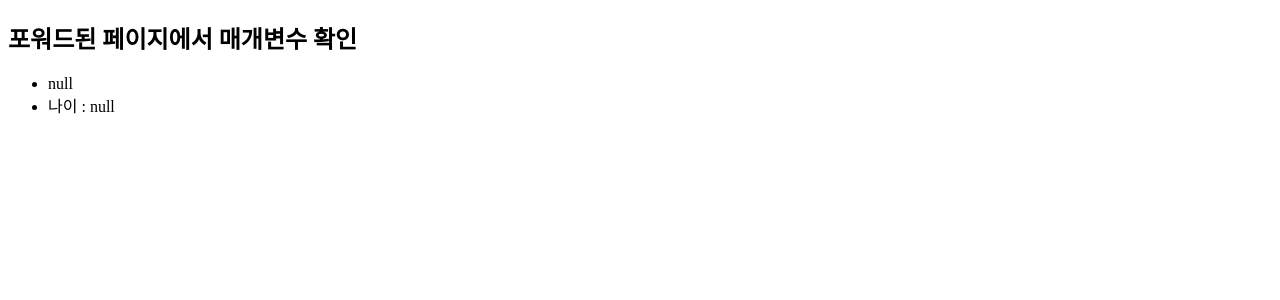
Repository: ks12b0000/JSP-School-Class
Page: http://localhost/chap10_JSP/paramForward.jsp
These files come from the project's save history. The page is drawn as it stood at one moment and after the next save; the edit follows.
The browser window is 1280 px wide. The pictures show the whole page.
The page is served by Tomcat 9.

Above is the page before, as saved 2022-06-02 06:52:37.

### chap10_JSP/src/main/webapp/paramForward.jsp
<%@ page language="java" contentType="text/html; charset=UTF-8"
    pageEncoding="UTF-8"%>
<!DOCTYPE html>
<html>
<head>
	<meta charset="UTF-8">
	<meta name="viewport" content="width=device-width, initial-scale=1.0">
	<title>액션 태그 - param</title>
</head>
<body>
	<jsp:useBean id="person" class="kr.co.ezenac.bean.Person" scope="request" />
	<h2>포워드된 페이지에서 매개변수 확인</h2>
	<ul>
		<li><jsp:getProperty property="name" name="person"/></li>
		<li>나이 : <%= request.getParameter("param1") %></li>
	</ul>
</body>
</html>

### chap10_JSP/src/main/java/kr/co/ezenac/bean/Person.java
package kr.co.ezenac.bean;

public class Person {
	private String name;
	private int age;

	public Person() {}

	public Person(String name, int age) {
		this.name = name;
		this.age = age;
	}

	public String getName() {
		return name;
	}

	public void setName(String name) {
		this.name = name;
	}

	public int getAge() {
		return age;
	}

	public void setAge(int age) {
		this.age = age;
	}



}

After the next save:
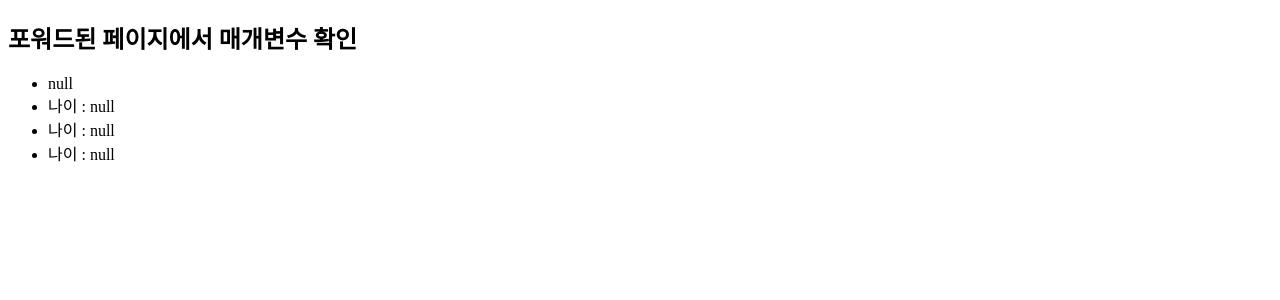
Saved 42 s later.
--- a/chap10_JSP/src/main/webapp/paramForward.jsp
+++ b/chap10_JSP/src/main/webapp/paramForward.jsp
@@ -13,6 +13,8 @@
 	<ul>
 		<li><jsp:getProperty property="name" name="person"/></li>
 		<li>나이 : <%= request.getParameter("param1") %></li>
+		<li>나이 : <%= request.getParameter("param2") %></li>
+		<li>나이 : <%= request.getParameter("param3") %></li>
 	</ul>
 </body>
 </html>
